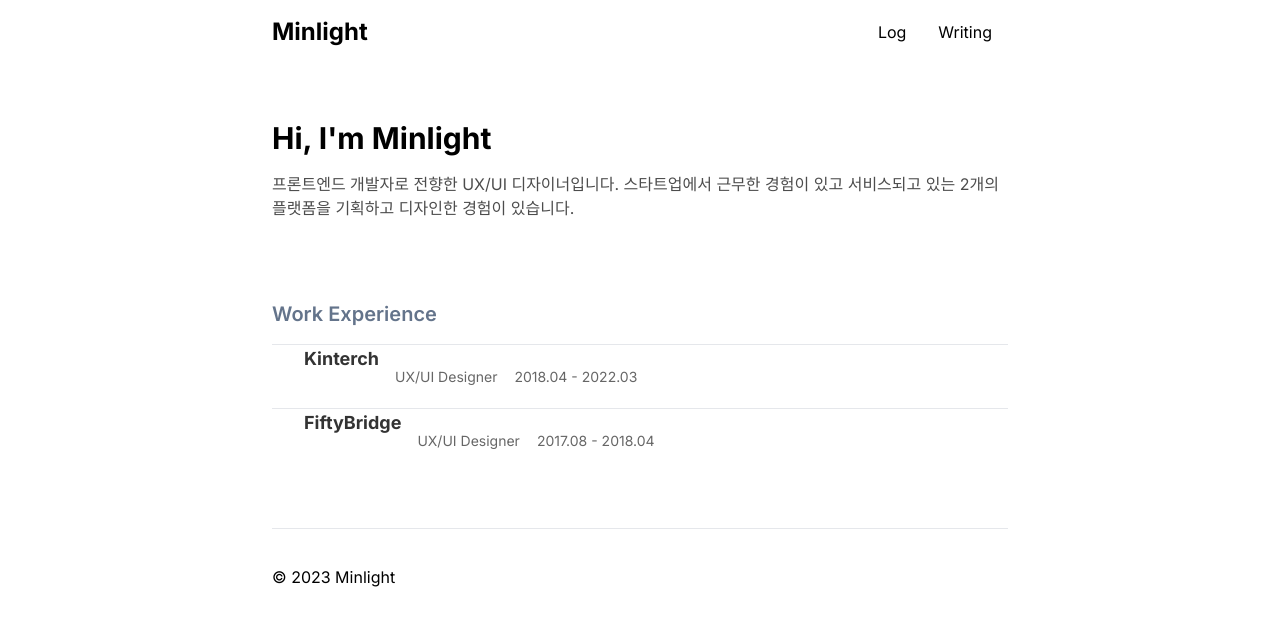
Repository: kwngmin/minlight-log
Page: /
An editor plug-in stored every save of this project. The page is shown before and after a run of saves, followed by the edit.
The browser window is 1280 px wide. The pictures show the whole page.
The project was rebuilt for these pictures with package versions that can differ from the ones it lists, and the page was loaded fresh each time. The framework's server and built-in components were replaced by stand-ins that run in the browser. Also part of the build but not shown: next.config.js.

Above is the page before, as saved 2023-04-04 16:23:08.

### src/app/layout.tsx
import "./globals.css";
import Footer from "@/components/Footer";
import Header from "@/components/Header";

import { Inter } from "next/font/google";
const inter = Inter({ subsets: ["latin"] });

export const metadata = {
  title: {
    default: "Minlight",
    template: "Minlight | %s",
  },
  description: "Minlight log",
};

export default function RootLayout({
  children,
}: {
  children: React.ReactNode;
}) {
  return (
    <html lang="en" className={inter.className}>
      <body className="flex flex-col max-w-screen-md mx-auto px-4">
        <Header />
        <main className="">{children}</main>
        <Footer />
      </body>
    </html>
  );
}

### src/app/page.tsx
import Table from "@/components/Table";
import Title from "@/components/Title";

const titleData = {
  title: `Hi, I'm Minlight`,
  description: `프론트엔드 개발자로 전향한 UX/UI 디자이너입니다. 스타트업에서 근무한
경험이 있고 서비스되고 있는 2개의 플랫폼을 기획하고 디자인한 경험이 있습니다.`,
};

const careerData = [
  {
    head: "Kinterch",
    content: "UX/UI Designer",
    period: "2018.04 - 2022.03",
  },
  {
    head: "FiftyBridge",
    content: "UX/UI Designer",
    period: "2017.08 - 2018.04",
  },
];

const educateData = [
  {
    head: "CodeStates",
    content: "Software Engineering Bootcamp · Frontend",
    period: "2022.06 - 2022.12",
  },
  {
    head: "IDAS, Hongik Univeristy",
    content: "Digital Media Design Major · Master of Design",
    period: "2013.03 - 2015.02",
  },
  {
    head: "Kangnam University",
    content: "Visual Design Major · Bachelor of Fine Arts",
    period: "2005.03 - 2012.02",
  },
];

export default function Home() {
  return (
    <section>
      <Title titleData={titleData} />
      <Table tableData={careerData} subject="Work Experience" />
    </section>
  );
}

### src/app/globals.css
@tailwind base;
@tailwind components;
@tailwind utilities;

* {
  box-sizing: border-box;
  padding: 0;
  margin: 0;
}
/*
:root {
  --max-width: 1100px;
  --border-radius: 12px;
  --font-mono: ui-monospace, Menlo, Monaco, "Cascadia Mono", "Segoe UI Mono",
    "Roboto Mono", "Oxygen Mono", "Ubuntu Monospace", "Source Code Pro",
    "Fira Mono", "Droid Sans Mono", "Courier New", monospace;

  --foreground-rgb: 0, 0, 0;
  --background-start-rgb: 214, 219, 220;
  --background-end-rgb: 255, 255, 255;

  --primary-glow: conic-gradient(
    from 180deg at 50% 50%,
    #16abff33 0deg,
    #0885ff33 55deg,
    #54d6ff33 120deg,
    #0071ff33 160deg,
    transparent 360deg
  );
  --secondary-glow: radial-gradient(
    rgba(255, 255, 255, 1),
    rgba(255, 255, 255, 0)
  );

  --tile-start-rgb: 239, 245, 249;
  --tile-end-rgb: 228, 232, 233;
  --tile-border: conic-gradient(
    #00000080,
    #00000040,
    #00000030,
    #00000020,
    #00000010,
    #00000010,
    #00000080
  );

  --callout-rgb: 238, 240, 241;
  --callout-border-rgb: 172, 175, 176;
  --card-rgb: 180, 185, 188;
  --card-border-rgb: 131, 134, 135;
}

@media (prefers-color-scheme: dark) {
  :root {
    --foreground-rgb: 255, 255, 255;
    --background-start-rgb: 0, 0, 0;
    --background-end-rgb: 0, 0, 0;

    --primary-glow: radial-gradient(rgba(1, 65, 255, 0.4), rgba(1, 65, 255, 0));
    --secondary-glow: linear-gradient(
      to bottom right,
      rgba(1, 65, 255, 0),
      rgba(1, 65, 255, 0),
      rgba(1, 65, 255, 0.3)
    );

    --tile-start-rgb: 2, 13, 46;
    --tile-end-rgb: 2, 5, 19;
    --tile-border: conic-gradient(
      #ffffff80,
      #ffffff40,
      #ffffff30,
      #ffffff20,
      #ffffff10,
      #ffffff10,
      #ffffff80
    );

    --callout-rgb: 20, 20, 20;
    --callout-border-rgb: 108, 108, 108;
    --card-rgb: 100, 100, 100;
    --card-border-rgb: 200, 200, 200;
  }
}

* {
  box-sizing: border-box;
  padding: 0;
  margin: 0;
}

html,
body {
  max-width: 100vw;
  overflow-x: hidden;
}

body {
  color: rgb(var(--foreground-rgb));
  background: linear-gradient(
      to bottom,
      transparent,
      rgb(var(--background-end-rgb))
    )
    rgb(var(--background-start-rgb));
}

a {
  color: inherit;
  text-decoration: none;
}

@media (prefers-color-scheme: dark) {
  html {
    color-scheme: dark;
  }
} */

### src/components/Footer.tsx
export default function Footer() {
  return (
    <section className="h-24 flex items-center border-t mt-8">
      © 2023 Minlight
    </section>
  );
}

### src/components/Header.tsx
import Link from "next/link";

const navList = [
  { name: "Log", url: "/log" },
  { name: "Writing", url: "/log" },
];

export default function Header() {
  return (
    <section className="h-16 flex items-center justify-between">
      <Link href="/" className="text-2xl font-bold">
        Minlight
      </Link>
      <nav className="">
        {navList.map(({ name, url }) => (
          <Link href={url} key={name} className="px-4">
            {name}
          </Link>
        ))}
      </nav>
    </section>
  );
}

### src/components/Table.tsx
type Props = {
  tableData: {
    head: string;
    content: string;
    period: string;
  }[];
  subject: string;
};

export default function Table({ tableData, subject }: Props) {
  return (
    <article className="my-4 lg:my-6">
      <h2 className="text-left text-xl font-semibold text-slate-500 pb-4">
        {subject}
      </h2>
      <ul>
        {tableData.map(({ head, content, period }) => (
          <li
            key={head}
            className="flex flex-col justify-center lg:justify-start lg:flex-row h-20 lg:h-16 border-t gap-0 lg:gap-4 px-4 lg:px-8"
          >
            <h3 className="font-bold text-lg text-black/80">{head}</h3>
            <section className="text-black/60 text-center lg:text-left flex items-center text-sm">
              {content}
              <span className="border-l text-xs mx-2 border-slate-400 shrink-0 " />
              {period}
            </section>
          </li>
        ))}
      </ul>
    </article>
  );
}

### src/components/Title.tsx
type TitleData = {
  title: string;
  description: string;
};
export default function Title({ titleData }: { titleData: TitleData }) {
  const { title, description } = titleData;
  return (
    <div className="py-14">
      <h1 className="text-3xl font-bold mb-4">{title}</h1>
      <p className="text-black/70 break-keep">{description}</p>
    </div>
  );
}

Loaded but not shown: tailwind.config.js (common file)

After the next 2 saves:
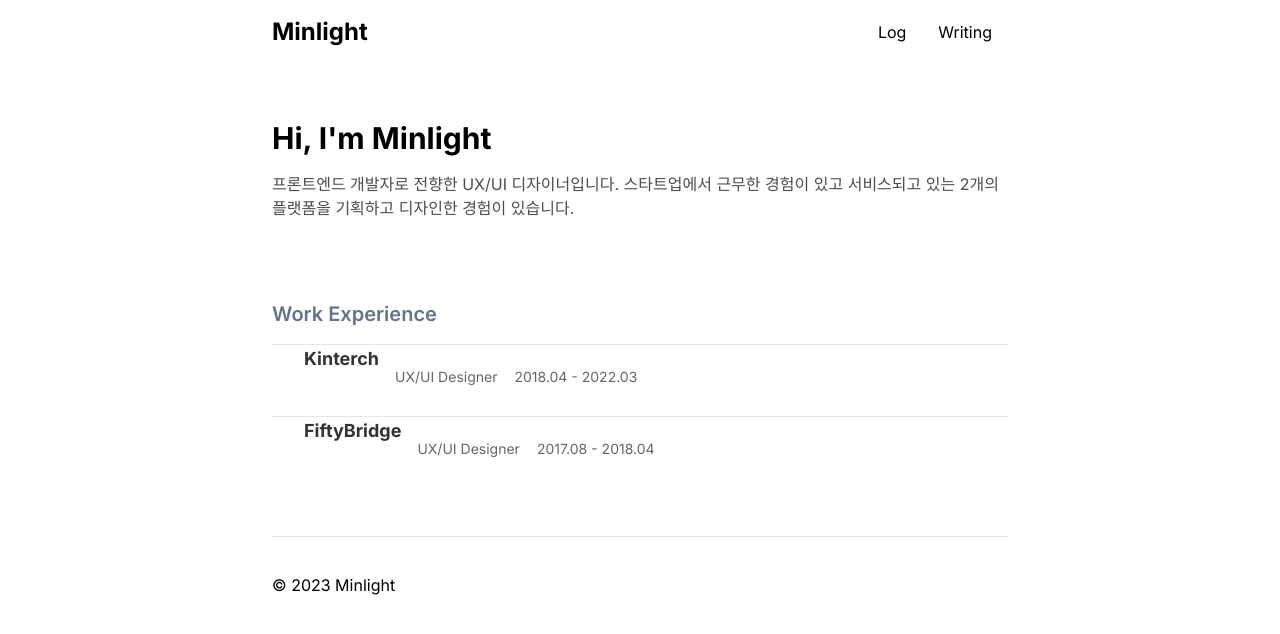
The 2 saves are shown as one change because they came seconds apart.
The last was saved 26 s later.
--- a/src/components/Table.tsx
+++ b/src/components/Table.tsx
@@ -17,7 +17,7 @@
         {tableData.map(({ head, content, period }) => (
           <li
             key={head}
-            className="flex flex-col justify-center lg:justify-start lg:flex-row h-20 lg:h-16 border-t gap-0 lg:gap-4 px-4 lg:px-8"
+            className="flex flex-col justify-center lg:justify-start lg:flex-row h-20 lg:h-16 border-t gap-0 lg:gap-4 px-4 lg:px-8 mb-2"
           >
             <h3 className="font-bold text-lg text-black/80">{head}</h3>
             <section className="text-black/60 text-center lg:text-left flex items-center text-sm">

After the save that followed:
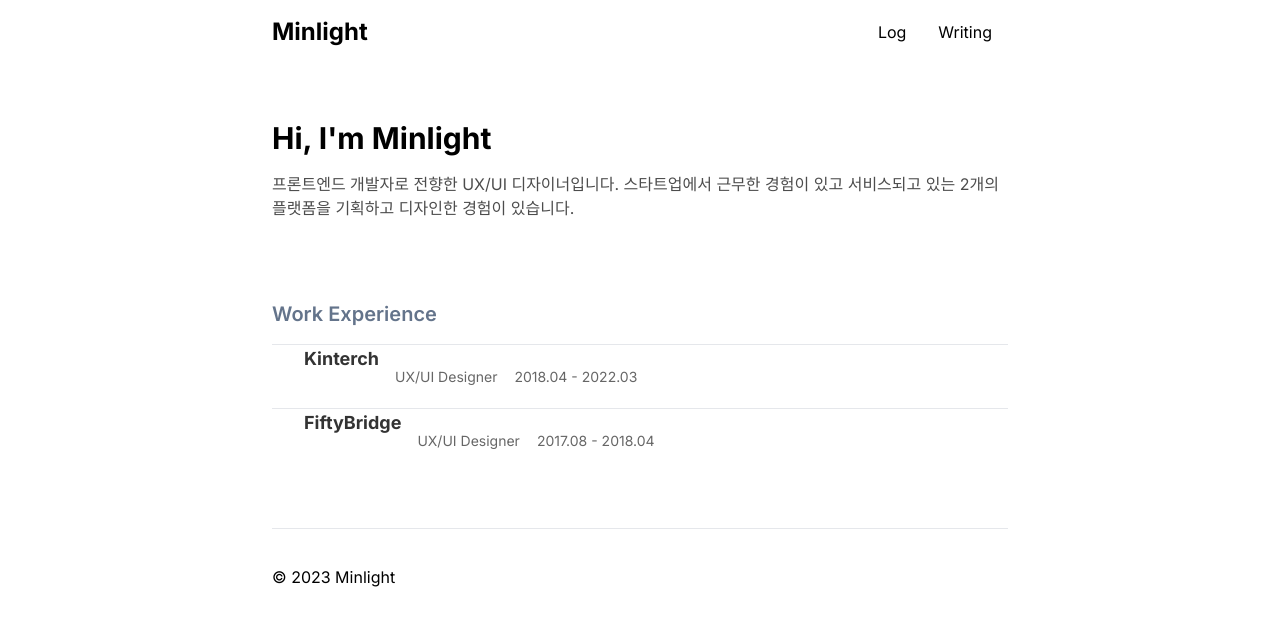
Saved 9 s later.
--- a/src/components/Table.tsx
+++ b/src/components/Table.tsx
@@ -17,7 +17,7 @@
         {tableData.map(({ head, content, period }) => (
           <li
             key={head}
-            className="flex flex-col justify-center lg:justify-start lg:flex-row h-20 lg:h-16 border-t gap-0 lg:gap-4 px-4 lg:px-8 mb-2"
+            className="flex flex-col justify-center lg:justify-start lg:flex-row h-20 lg:h-16 border-t gap-0 lg:gap-4 px-4 lg:px-8 mb-2 lg:mb-0"
           >
             <h3 className="font-bold text-lg text-black/80">{head}</h3>
             <section className="text-black/60 text-center lg:text-left flex items-center text-sm">
